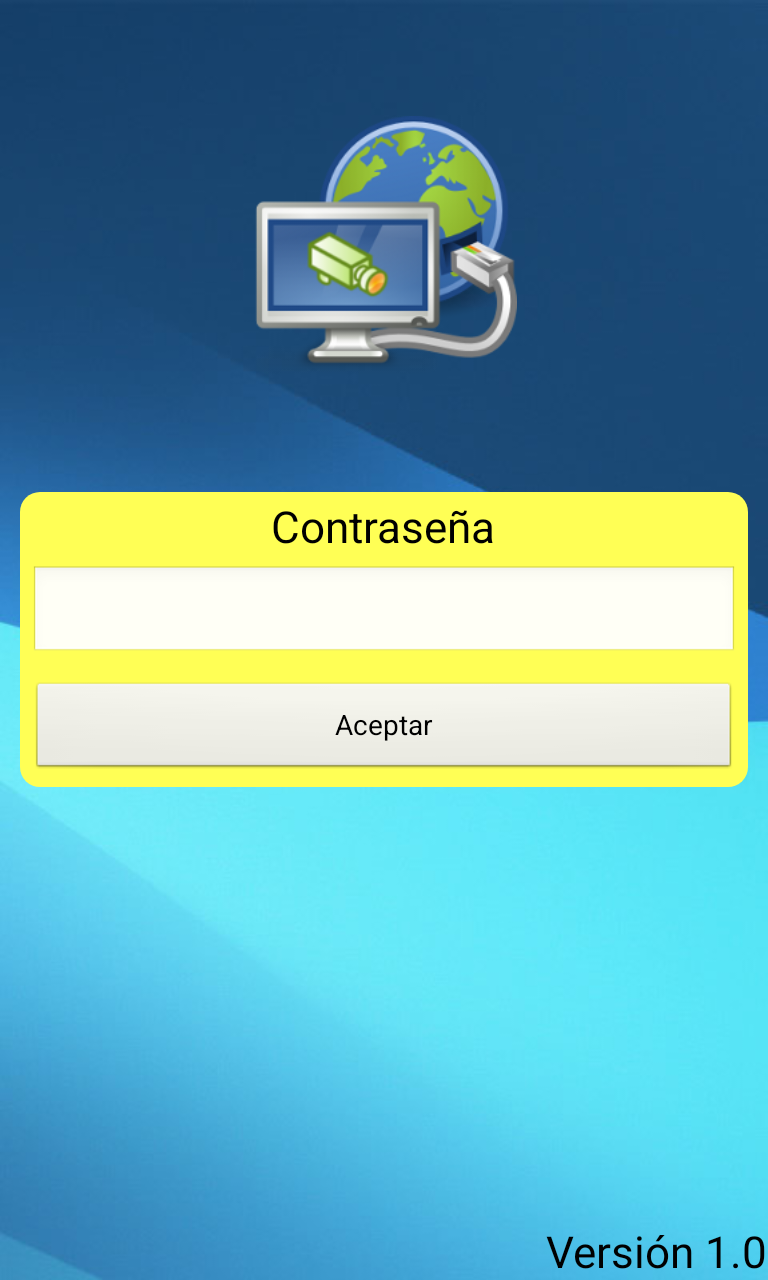
Repository: jonatansantos/Android-Server-Status
Layout: desarrollo/Principal/res/layout/login.xml
These files come from the project's save history. The layout is drawn as it stood at one moment and after the next save; the edit follows.
It is drawn on a 768 x 1280 px phone screen (xhdpi) without system bars, with theme android:Theme.Light.NoTitleBar; the app's code is not run.

Above is the layout before, as saved 2012-06-14 13:24:58.

### desarrollo/Principal/res/layout/login.xml
<?xml version="1.0" encoding="utf-8"?>
<RelativeLayout xmlns:android="http://schemas.android.com/apk/res/android"
    android:id="@+id/RelativeLayout1"
    android:layout_width="match_parent"
    android:layout_height="match_parent"
    android:background="@drawable/fondo"
    android:orientation="vertical" >

    <LinearLayout
        android:id="@+id/linear1"
        android:layout_width="match_parent"
        android:layout_height="wrap_content"
        android:layout_centerHorizontal="true"
        android:layout_centerVertical="true"
        android:layout_margin="10dp"
        android:background="@drawable/borde"
        android:orientation="vertical" >

        <TextView
            android:id="@+id/textView1"
            android:layout_width="wrap_content"
            android:layout_height="wrap_content"
            android:layout_gravity="center"
            android:layout_marginTop="2dp"
            android:gravity="center"
            android:text="@string/pass"
            android:textAppearance="?android:attr/textAppearanceLarge" />

        <EditText
            android:id="@+id/et_login_pass"
            android:layout_width="match_parent"
            android:layout_height="wrap_content"
            android:layout_margin="5dp"
            android:ems="10" />

        <LinearLayout
            android:id="@+id/linear2"
            android:layout_width="match_parent"
            android:layout_height="wrap_content"
            android:layout_weight="2"
            android:weightSum="2" >

            <Button
                android:id="@+id/bt_login_ok"
                android:layout_width="match_parent"
                android:layout_height="wrap_content"
                android:layout_margin="5dp"
                android:layout_weight="1"
                android:text="@string/aceptar" />
        </LinearLayout>
    </LinearLayout>

    <ImageView
        android:id="@+id/imageView1"
        android:layout_width="wrap_content"
        android:layout_height="wrap_content"
        android:layout_alignParentTop="true"
        android:layout_centerHorizontal="true"
        android:layout_marginTop="58dp"
        android:src="@drawable/ic_servidor" />

    <TextView
        android:id="@+id/textView4"
        android:layout_width="wrap_content"
        android:layout_height="wrap_content"
        android:layout_alignParentBottom="true"
        android:layout_alignParentRight="true"
        android:text="@string/version"
        android:textAppearance="?android:attr/textAppearanceLarge" />

</RelativeLayout>

### desarrollo/Principal/res/drawable/borde.xml
<?xml version="1.0" encoding="utf-8"?>
<shape xmlns:android="http://schemas.android.com/apk/res/android"
    android:shape="rectangle">
    <solid android:color="#FFFF55"/>
    <corners android:bottomRightRadius="10dp" android:bottomLeftRadius="10dp"
        android:topLeftRadius="10dp" android:topRightRadius="10dp"/>


</shape>

### desarrollo/Principal/res/values/strings.xml
<?xml version="1.0" encoding="utf-8"?>
<resources>

    <string name="hello">Hello World, PrototipoGUIActivity!</string>
    <string name="app_name">PrototipoGUI</string>
    <string name="vacia"></string>
    <string name="terminal">terminal</string>
    <string name="gps">gps</string>
    <string name="localizadorgps">localizador gps</string>
    <string name="control">control accesos</string>
    <string name="pass">Contraseña</string>
    <string name="ok">OK</string>
    <string name="aceptar">Aceptar</string>
    <string name="estado">Estado :</string>
    <string name="online">ON LINE</string>
    <string name="david">David Herrero de la Peña</string>
    <string name="jonatan">Jonatan Santos Barrios</string>
    <string name="version">Versión 1.0</string>

</resources>

After the next save:
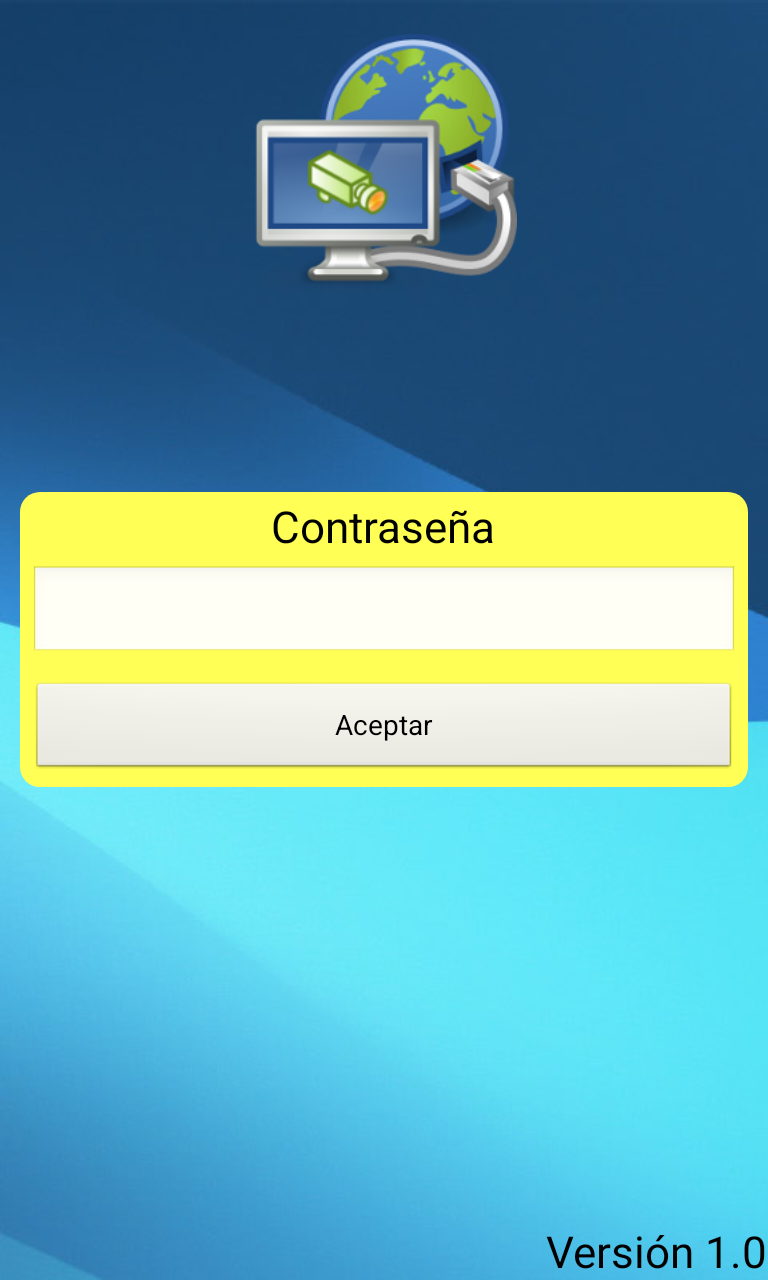
Saved 2 days later.
--- a/desarrollo/Principal/res/layout/login.xml
+++ b/desarrollo/Principal/res/layout/login.xml
@@ -50,15 +50,6 @@
         </LinearLayout>
     </LinearLayout>
 
-    <ImageView
-        android:id="@+id/imageView1"
-        android:layout_width="wrap_content"
-        android:layout_height="wrap_content"
-        android:layout_alignParentTop="true"
-        android:layout_centerHorizontal="true"
-        android:layout_marginTop="58dp"
-        android:src="@drawable/ic_servidor" />
-
     <TextView
         android:id="@+id/textView4"
         android:layout_width="wrap_content"
@@ -68,4 +59,13 @@
         android:text="@string/version"
         android:textAppearance="?android:attr/textAppearanceLarge" />
 
+    <ImageView
+        android:id="@+id/imageView1"
+        android:layout_width="wrap_content"
+        android:layout_height="wrap_content"
+        android:layout_alignParentTop="true"
+        android:layout_centerHorizontal="true"
+        android:layout_marginTop="17dp"
+        android:src="@drawable/ic_servidor" />
+
 </RelativeLayout>
